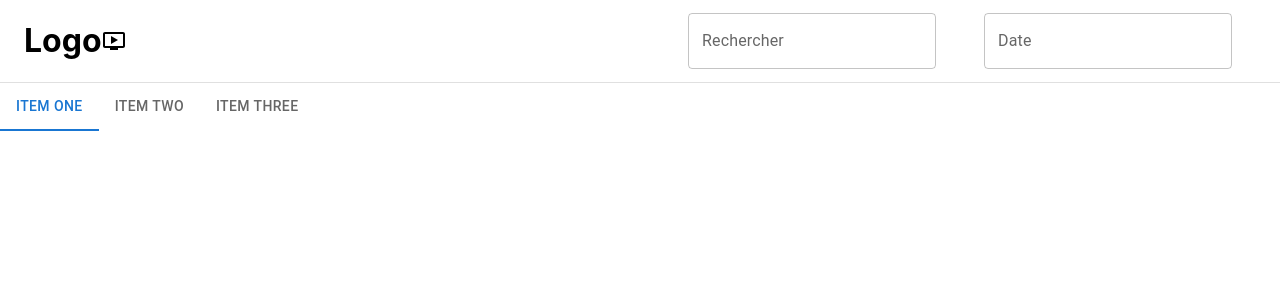
Repository: helmiz02/newproj
Page: /
An editor plug-in stored every save of this project. The page is shown before and after the next save, followed by the edit.
The browser window is 1280 px wide. The pictures show the whole page.
The project was rebuilt for these pictures with package versions that can differ from the ones it lists, and the page was loaded fresh each time. Also part of the build but not shown: src/App.css.

Above is the page before, as saved 2022-02-21 10:44:11.

After the next save:
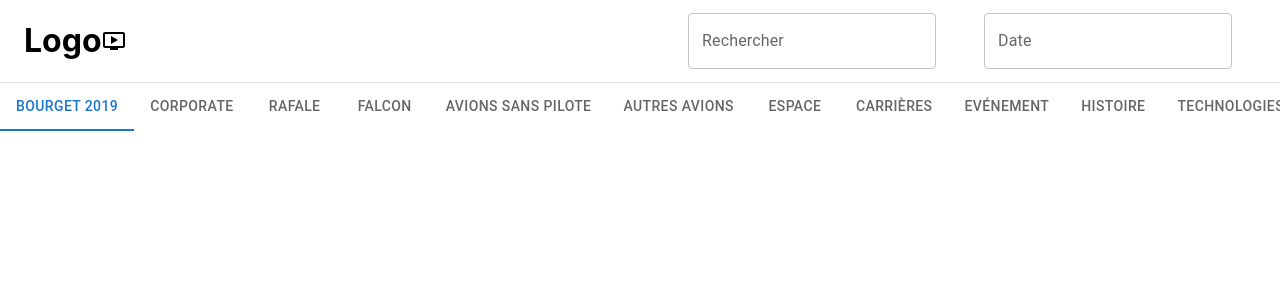
Saved 3 min 26 s later.
--- a/src/component/videos/tabsComponent.js
+++ b/src/component/videos/tabsComponent.js
@@ -2,7 +2,7 @@ import * as React from 'react';
 import Box from '@mui/material/Box';
 import Tabs from '@mui/material/Tabs';
 import Tab from '@mui/material/Tab';
-
+import themes from "../../utils/themes.json"
 export default function TabsComponent() {
   const [value, setValue] = React.useState(0);
 
@@ -13,9 +13,11 @@ export default function TabsComponent() {
   return (
     <Box sx={{ width: '100%', bgcolor: 'background.paper' }}>
       <Tabs value={value} onChange={handleChange} >
-        <Tab label="Item One" />
+      {themes.map((theme)=>  <Tab label={theme.name} />
+      )}
+        {/* <Tab label="Item One" />
         <Tab label="Item Two" />
-        <Tab label="Item Three" />
+        <Tab label="Item Three" /> */}
       </Tabs>
     </Box>
   );
